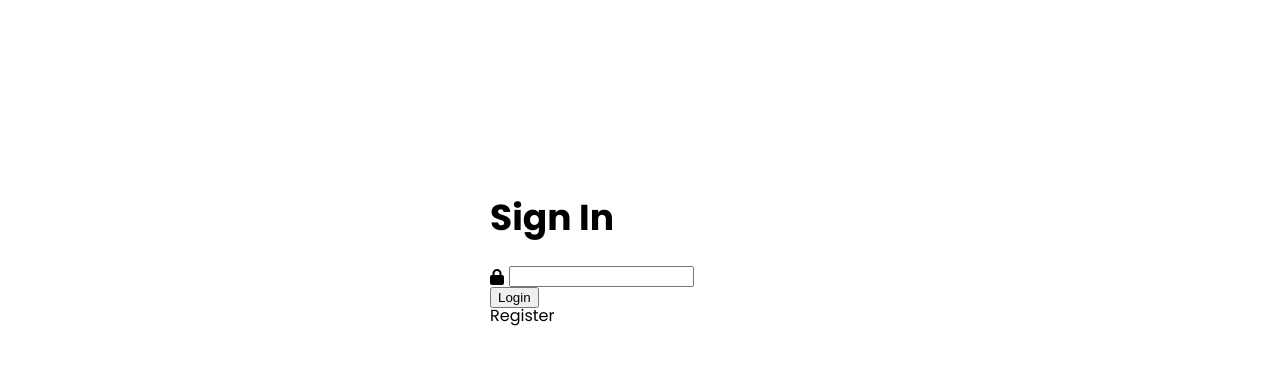
Repository: haphuocsang1801/github-group4
Page: login.html
The author's editor kept a copy of each file at every save. The page is drawn from the files as they stood at one save, then again after the next save.
The browser window is 1280 px wide. The pictures show the whole page.
Some web libraries are served in a nearby version. The style sheet was rebuilt from its Sass, Less or Tailwind sources for each picture, by a compiler version that may differ from the author's.

Above is the page before, as saved 2021-09-17 16:15:17.

### login.html
<!DOCTYPE html>
<html lang="en">
  <head>
    <meta charset="UTF-8" />
    <meta http-equiv="X-UA-Compatible" content="IE=edge" />
    <meta name="viewport" content="width=device-width, initial-scale=1.0" />
    <link
      href="https://fonts.googleapis.com/css2?family=Poppins:wght@300;400;700&display=swap"
      rel="stylesheet"
    />
    <script
      src="https://kit.fontawesome.com/85150e2613.js"
      crossorigin="anonymous"
    ></script>
    <link rel="stylesheet" href="./css/reset.css" />
    <link rel="stylesheet" href="./css/style.css" />
    <title>Document</title>
  </head>
  <body>
    <div class="container-login">
      <form action="" method="post">
        <div class="login-title">Sign In</div>
        <div class="login-item">
          <i class="fas fa-lock"></i>
          <input type="text" class="login-phone__input" />
        </div>
        <div class="login-submit">
          <input type="submit" class="btn" value="Login" />
        </div>
        <div class="login-register">Register</div>
      </form>
    </div>
  </body>
</html>

### css/reset.css
/* http://meyerweb.com/eric/tools/css/reset/
   v2.0 | 20110126
   License: none (public domain)
*/
/*
<link rel="preconnect" href="https://fonts.googleapis.com">
<link rel="preconnect" href="https://fonts.gstatic.com" crossorigin>
<link href="https://fonts.googleapis.com/css2?family=Poppins:wght@300;400;700&display=swap" rel="stylesheet">
*/
html, body, div, span, applet, object, iframe,
h1, h2, h3, h4, h5, h6, p, blockquote, pre,
a, abbr, acronym, address, big, cite, code,
del, dfn, em, img, ins, kbd, q, s, samp,
small, strike, strong, sub, sup, tt, var,
b, u, i, center,
dl, dt, dd, ol, ul, li,
fieldset, form, label, legend,
table, caption, tbody, tfoot, thead, tr, th, td,
article, aside, canvas, details, embed,
figure, figcaption, footer, header, hgroup,
menu, nav, output, ruby, section, summary,
time, mark, audio, video {
	margin: 0;
	padding: 0;
	border: 0;
	font-size: 100%;
	font: inherit;
	vertical-align: baseline;
}
/* HTML5 display-role reset for older browsers */
article, aside, details, figcaption, figure,
footer, header, hgroup, menu, nav, section {
	display: block;
}
body {
	line-height: 1;
	font-family: 'Poppins', sans-serif;
}
ol, ul {
	list-style: none;
}
blockquote, q {
	quotes: none;
}
blockquote:before, blockquote:after,
q:before, q:after {
	content: '';
	content: none;
}
table {
	border-collapse: collapse;
	border-spacing: 0;
}

### scss/style.scss
@import "variable";
@import "base";
@import "header";
@import "footer";
@import "login";

### scss/_variable.scss
$gray-dark:#272E35;
$primary-color:#E2783C;
$background:#fcf9f6;

### scss/_base.scss
.wrapper{
    max-width: 1440px;
    margin: 0 auto;
}
 .container-login{

   width: 300px;
   margin: 0 auto;
   margin-top: 200px;
 }

.button{
    transition: all 0.2s linear;
    display: inline-block;
    font-size: 16px;
    color: $gray-dark;
    padding: 20px 30px;
    border-radius: 10px;
    outline: none;
    cursor: pointer;
    background-color: transparent;
    line-height: normal;
    text-decoration: none;
    &--primary{
      color: white;
      background-color: $primary-color;
    }

}

### scss/_header.scss
.header {
  padding-top: 43px;
  display: flex;
  align-items: center;
  justify-content: space-between;
  &-logo {
    &-image {
      width: 235px;
    }
  }
  &-menu {
    display: flex;
    align-items: center;
    gap: 60px;
    &-product{
        display: flex;
        align-items: center;
        gap: 5px;
    }
    &-child{
        position: absolute;
        top:30px;
        width: 170px;
        display: flex;
        flex-direction: column;
        gap: 35px;
        background-color: $background;
        border-radius: 5px;
        padding: 20px 10px;
        opacity: 0;
        visibility: hidden;
        transition: all 0.25s;
    }
    &-item {
        position: relative;
      a {
        color: $gray-dark;
        text-decoration: none;
        &:hover {
          color: $primary-color;
          transition: color 0.2s ease-in-out;
        }
      }
    }
  }
  &-cart{
      font-size: 35px;
      cursor: pointer;
      :hover{
          color: $primary-color;
      }
  }
  &-search {
    padding: 10px;
    background-color: #f3f4f4;
    border-radius: 8px;
    display: flex;
    flex-direction: row;
    margin-right: -20px;
    transition: all 0.25s linear;
    &:hover {
      background-color: white;
      -webkit-box-shadow: 0px 0px 25px 0px rgba(226, 120, 60, 0.8);
      -moz-box-shadow: 0px 0px 25px 0px rgba(226, 120, 60, 0.8);
      box-shadow: 0px 0px 25px 0px rgba(226, 120, 60, 0.8);
    }
    &-icon {
      font-size: 30px;
      cursor: pointer;
    }
    input {
      width: 120px;
      font-size: 15px;
      width: inherit;
      padding: 10px 0;
      border: 0;
      border-radius: #f3f4f4;
      background-color: inherit;
      outline: none;
    }
  }
}
.hover:hover .header-menu-child{
    opacity: 1;
    visibility: visible;

}

### scss/_footer.scss
.footer {
  margin-top: 500px;
  padding: 40px 40px;
  background-color: $background;
  &-main {
    display: grid;
    grid-template-columns: repeat(2, 1fr);
    gap: 50px;
  }
  &-logo {
    display: inline-block;
    margin-bottom: 50px;
  }
  &-desc {
    font-size: 16px;
    margin-bottom: 40px;
    line-height: 1.5;
  }
  .social {
    display: flex;
    align-items: center;
    gap: 0 30px;
  }
  .social-item {
    cursor: pointer;
    color: $gray-dark;
    &:hover {
      color: $primary-color;
    }
  }
  &-heading {
    font-size: 18px;
    color: $gray-dark;
    margin-bottom: 40px;
    font-weight: bold;
  }
  &-links {
    list-style: none;
  }
  &-item {
    margin-bottom: 30px;
  }
  &-link {
    display: inline-block;
    color: $gray-dark;
  }
  &-info {
    list-style: none;
    margin-bottom: 40px;
  }
  &-info li {
    margin-bottom: 15px;
    line-height: 1.6;
  }
  &-highlight {
    color: white;
  }
  &-bottom {
    background-color: $gray-dark;
    line-height: 1.6;
  }
  &-bottom a {
    text-decoration: inherit;
    color: white;
  }
}

### scss/_login.scss
.login {
  &-title {
    font-size: 36px;
    font-weight: bold;
    margin-bottom: 30px;
  }
  &-item {
    display: flex;
    align-items: center;
    gap: 5px;
  }
}

After the next save:
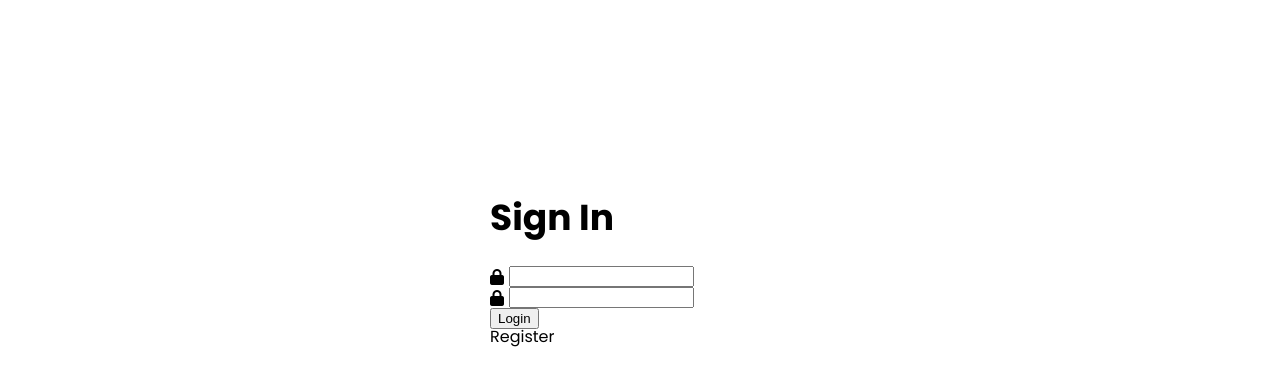
Saved 13 s later.
--- a/login.html
+++ b/login.html
@@ -24,6 +24,10 @@
           <i class="fas fa-lock"></i>
           <input type="text" class="login-phone__input" />
         </div>
+        <div class="login-item">
+          <i class="fas fa-lock"></i>
+          <input type="text" class="login-phone__input" />
+        </div>
         <div class="login-submit">
           <input type="submit" class="btn" value="Login" />
         </div>
